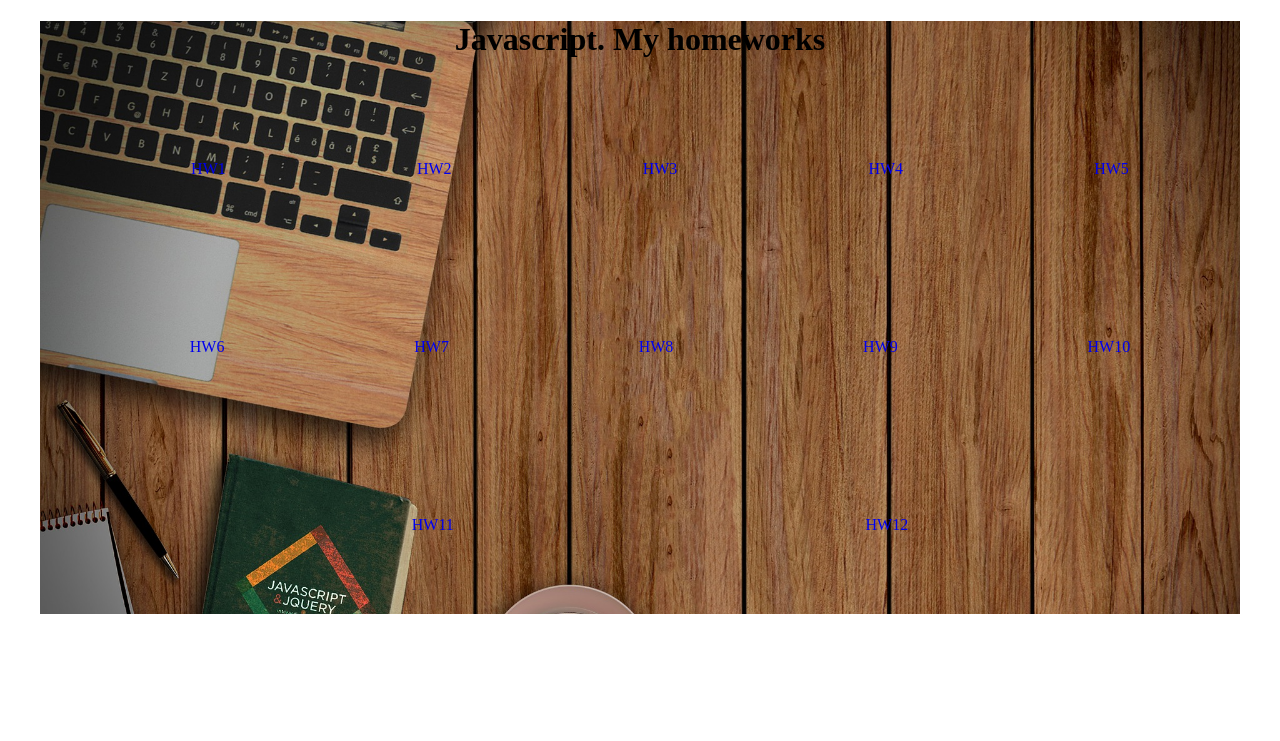
Repository: mariiastetsko/cursor-js-hw
Page: index.html
An editor plug-in stored every save of this project. The page is shown before and after the next save, followed by the edit.
The browser window is 1280 px wide. The pictures show the whole page.

Above is the page before, as saved 2020-07-22 20:00:03.

After the next save:
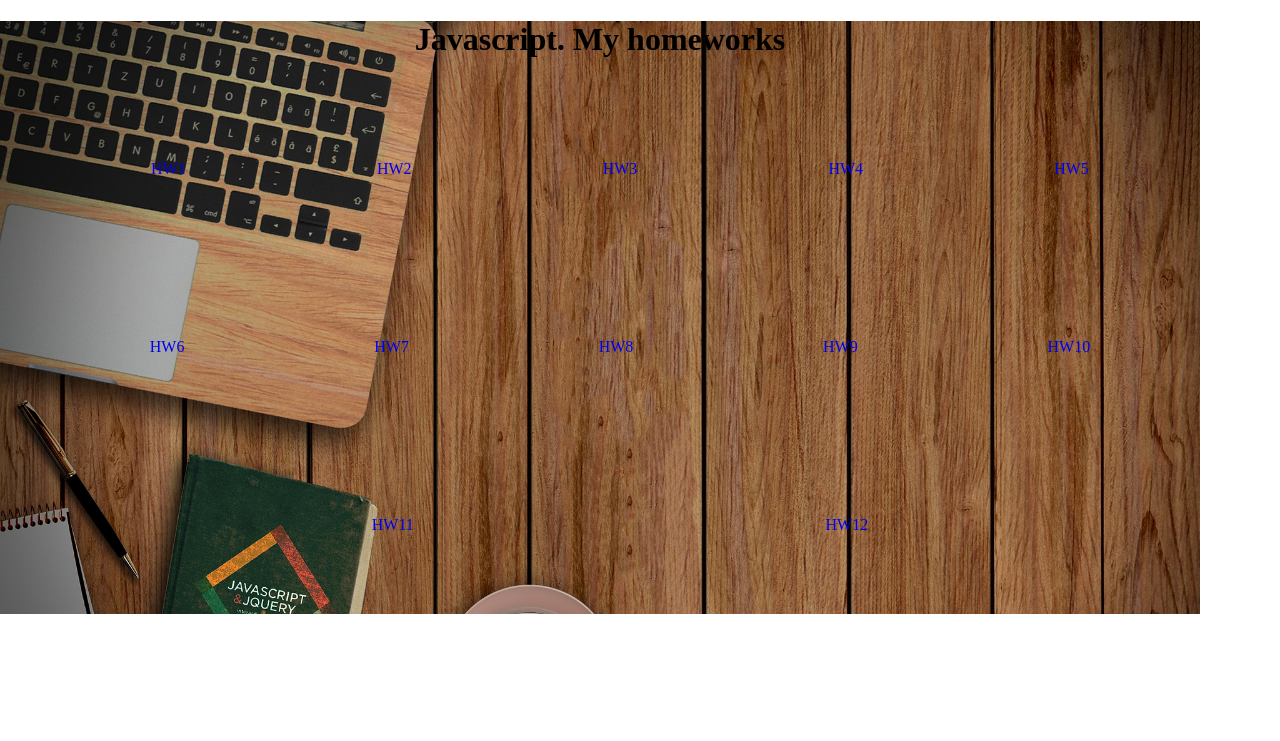
Saved 27 s later.
--- a/style.css
+++ b/style.css
@@ -3,7 +3,7 @@
 }
 
 body {
-    margin: auto;
+    margin: 0;
     padding: 0;
     width: 1200px;
     min-height: 100vh;

After the save that followed:
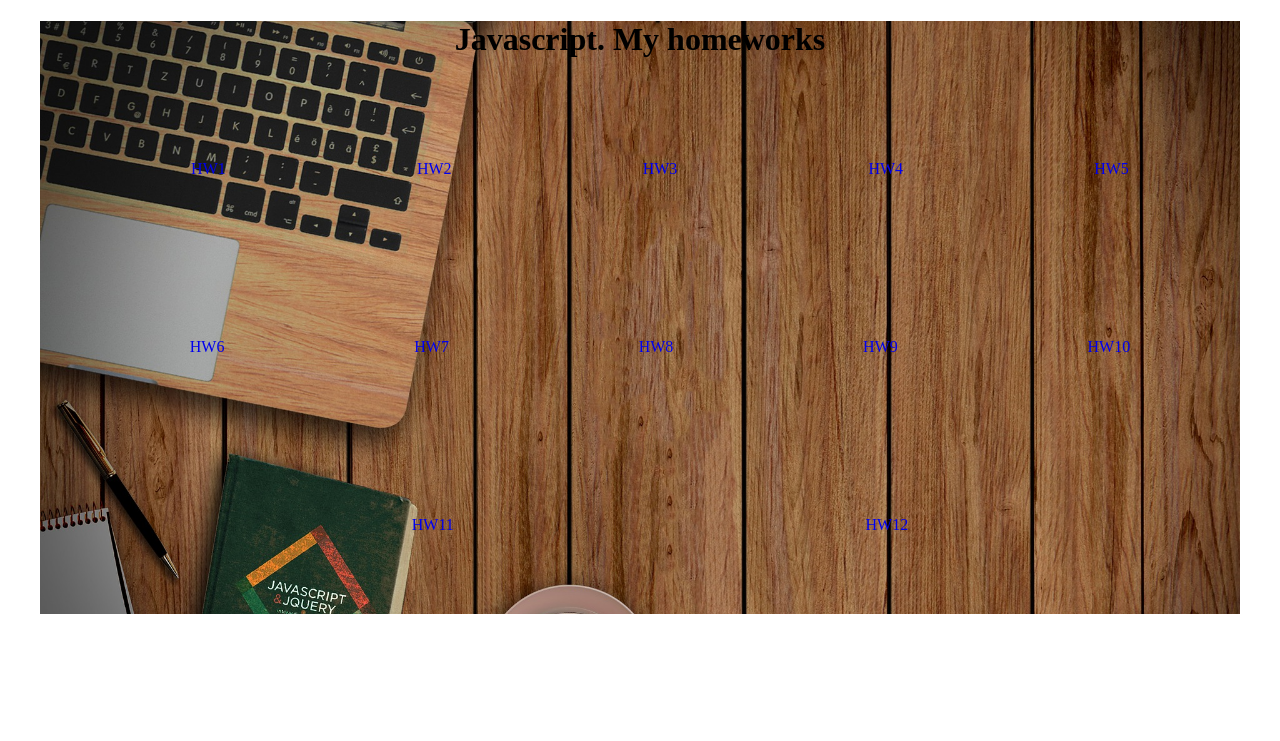
Saved 18 s later.
--- a/style.css
+++ b/style.css
@@ -3,7 +3,7 @@
 }
 
 body {
-    margin: 0;
+    margin: 0 auto;
     padding: 0;
     width: 1200px;
     min-height: 100vh;
